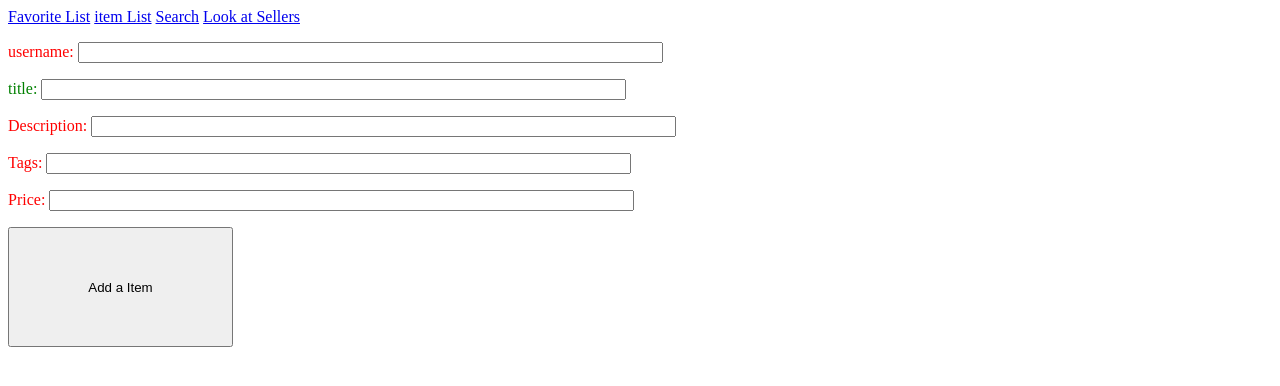
Repository: HamdanM/DatabaseProject
Page: http://localhost/DB3/addItem.jsp
An editor plug-in stored every save of this project. The page is shown before and after the next save, followed by the edit.
The browser window is 1280 px wide. The pictures show the whole page.
The page is served by Tomcat 9.

Above is the page before, as saved 2019-07-25 14:14:57.

After the next save:
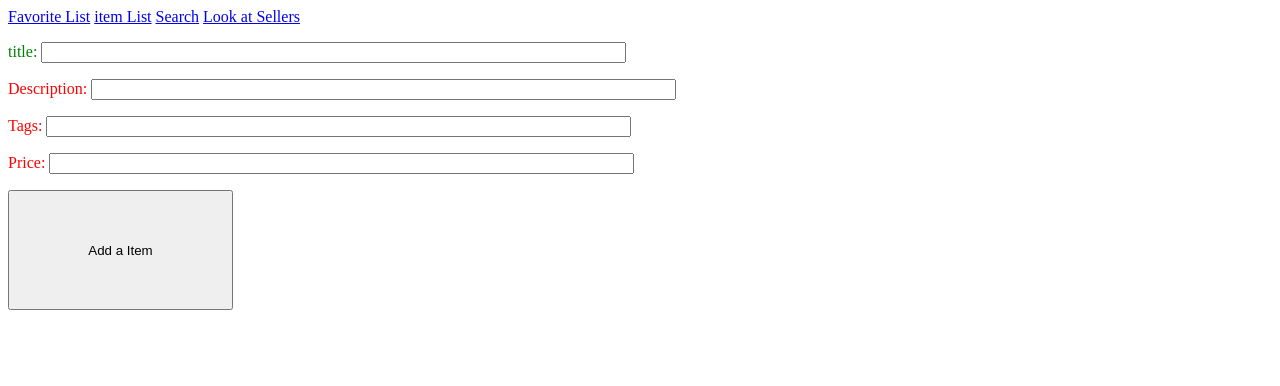
Saved 9 s later.
--- a/DB3/WebContent/addItem.jsp
+++ b/DB3/WebContent/addItem.jsp
@@ -17,10 +17,7 @@
 <form action="insertItem"
           method="post">
 
-            <p style="color:red"><label>username: <input
-                    type="text" name="username"
-                    size="70" readonly maxlength="70" />
-            </label></p>
+
         <p style="color:green"><label>title: <input
                     type="text" name="Title"
                     size="70" maxlength="70" />
